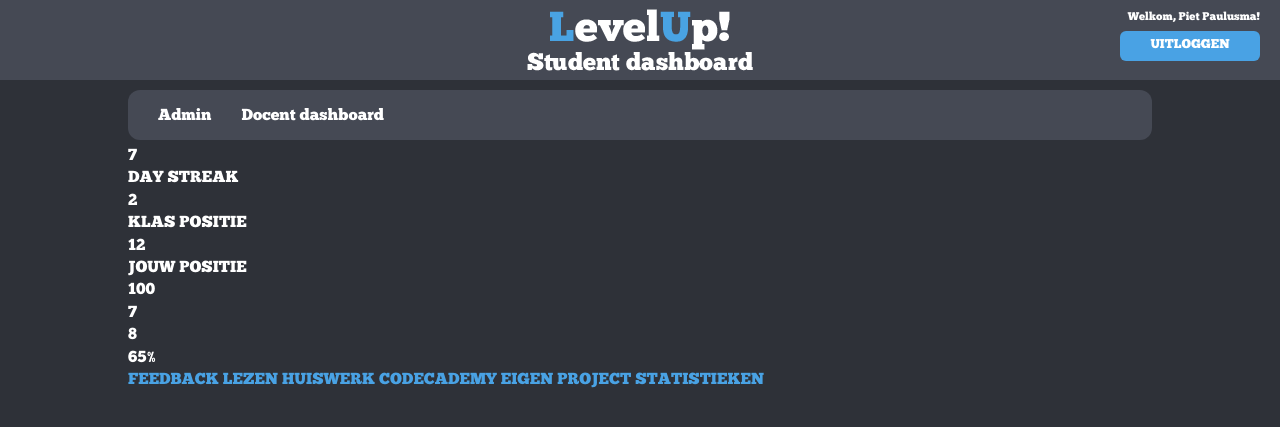
Repository: boblanckenburg/levelup
Page: website/src/index.html
The author's editor kept a copy of each file at every save. The page is drawn from the files as they stood at one save, then again after the next save.
The browser window is 1280 px wide. The pictures show the whole page.

Above is the page before, as saved 2014-10-16 15:02:55.

After the next save:
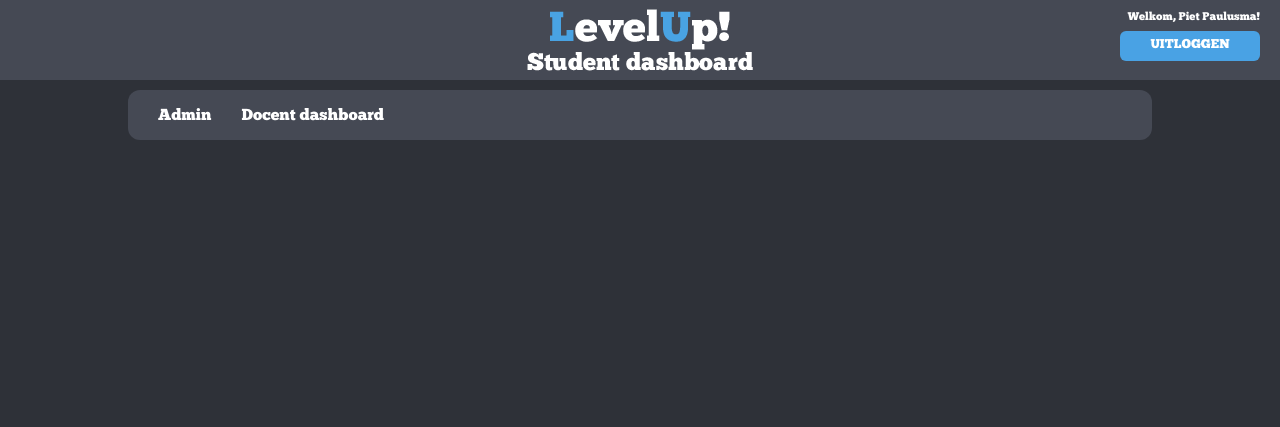
Saved 25 s later.
--- a/website/src/index.html
+++ b/website/src/index.html
@@ -31,44 +31,6 @@
 			</section>
 			<div class="content">
 
-				<section class="streaks">
-					<div class="streakitem">
-						<div class="score" id="day">7</div>
-						<div class="arrow"><div class="name">DAY STREAK</div></div>
-					</div>
-					<div class="streakitem">
-						<div class="score" id="class">2</div>
-						<div class="arrow"><div class="name">KLAS POSITIE</div></div>
-					</div>
-					<div class="streakitem">
-						<div class="score" id="indv">12</div>
-						<div class="arrow"><div class="name">JOUW POSITIE</div></div>
-					</div>
-				</section>
-
-				<section class="levelcounter">
-					<div class="image">
-						<div class="score">100</div>
-					</div>
-
-				<div class="progress-bar">
-					<div class="progress-fill"></div>
-					<div class="prevlevel">7</div>
-				    <div class="nextlevel">8</div>
-
-				    <div class="percentage">65%</div>
-				</div>
-
-				</section>
-
-				<section class="actionbar">
-					<a>FEEDBACK LEZEN</a>
-					<a>HUISWERK</a>
-					<a>CODECADEMY</a>
-					<a>EIGEN PROJECT</a>
-					<a>STATISTIEKEN</a>
-				</section>
-
 			</div>
 		</div>
     </body>
